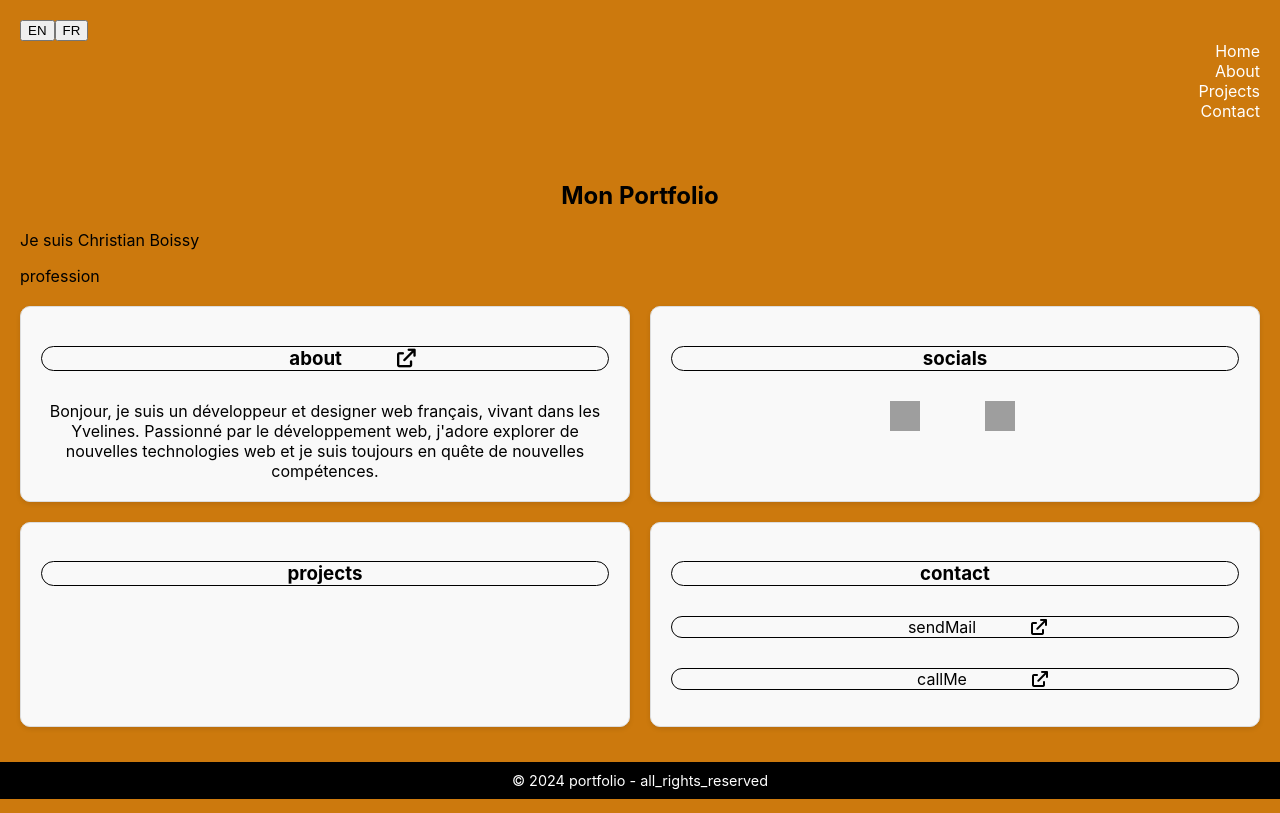
Repository: Christian121966/mon-portfolio
Page: /
An editor plug-in stored every save of this project. The page is shown before and after a run of saves, followed by the edit.
The browser window is 1280 px wide. The pictures show the whole page.
Pictures or frames that could not be fetched are drawn as grey boxes. The project was rebuilt for these pictures with package versions that can differ from the ones it lists, and the page was loaded fresh each time. Also part of the build but not shown: src/pages/AboutPage/AboutPage.scss, src/pages/AboutPage/AboutPage.js, src/pages/ProjectsPage/ProjectsPage.js, src/pages/ContactPage/ContactPage.js. Imported but missing from the stored project, and not drawn on this page: src/i18next.

Above is the page before, as saved 2024-07-24 14:35:19.

### src/index.js
import React from 'react';
import ReactDOM from 'react-dom/client';
import '../src/index.css';
import App from './App';
import '../src/i18next';
import reportWebVitals from './reportWebVitals';

const root = ReactDOM.createRoot(document.getElementById('root'));
root.render(
  <React.StrictMode>
    <App />
  </React.StrictMode>
);

// If you want to start measuring performance in your app, pass a function
// to log results (for example: reportWebVitals(console.log))
// or send to an analytics endpoint. Learn more: https://bit.ly/CRA-vitals
reportWebVitals();

### src/App.js
import React from 'react';
import { BrowserRouter as Router, Route, Routes } from 'react-router-dom';
import HomePage from '../src/pages/HomePage/HomePage';
import AboutPage from '../src/pages/AboutPage/AboutPage';
import ProjectsPage from '../src/pages/ProjectsPage/ProjectsPage';
import ContactPage from './pages/ContactPage/ContactPage';
import Header from '../src/components/Header/Header';
import Footer from '../src/components/Footer/Footer';

function App() {
  return (
    <Router>
      <Header />
      <Routes>
      <Route path="/" element={<HomePage />} />
        <Route path="/about" element={<AboutPage />} />
        <Route path="/projects" element={<ProjectsPage />} />
        <Route path="/contact" element={<ContactPage />} />
      </Routes>
      <Footer />
    </Router>
  );
}

export default App;

### src/pages/HomePage/HomePage.js
// src/pages/HomePage.js
import React, { useState, useEffect } from 'react';
import { useTranslation } from 'react-i18next';
import './HomePage.scss';

const HomePage = () => {
  const [phoneNumberVisible, setPhoneNumberVisible] = useState(false);
  const { t } = useTranslation();

  useEffect(() => {
    if (phoneNumberVisible) {
      const timer = setTimeout(() => {
        setPhoneNumberVisible(false);
      }, 20000);

      return () => clearTimeout(timer);
    }
  }, [phoneNumberVisible]);

  const showPhoneNumber = (event) => {
    event.preventDefault();
    setPhoneNumberVisible(true);
  };

  return (
    <div className="homepage">
      <h2>{t('Mon Portfolio')}</h2>
      <span>{t('Je suis Christian Boissy')}</span>
      <p>{t('profession')}</p>
      <div className="homepage__cards">
        <div className="card">
          <h3>
            {t('about')}
            <a href="/about" className="propos__link">
              <i className="fa-solid fa-arrow-up-right-from-square"></i>
            </a>
          </h3>
          <span className='propos'>
            Bonjour, je suis un développeur et designer web français, vivant dans les Yvelines. Passionné par le développement web, j'adore explorer de nouvelles technologies web et je suis toujours en quête de nouvelles compétences.
          </span>
        </div>
        <div className="card">
          <h3>{t('socials')}</h3>
          <a href="https://github.com/votre-profil" target="_blank" rel="noopener noreferrer">
            <img className='github' width="30" height="30" src="https://img.icons8.com/ios-glyphs/30/github.png" alt="github"/>
          </a>
          <a href="https://www.linkedin.com/in/votre-profil" target="_blank" rel="noopener noreferrer">
            <img className='linkedin' width="30" height="30" src="https://img.icons8.com/ios-glyphs/30/linkedin.png" alt="linkedin"/>
          </a>
        </div>
        <div className="card">
          <h3>{t('projects')}</h3>
        </div>
        <div className="card">
          <h3>{t('contact')}</h3>
          <p className='mail'>
            {t('sendMail')}
            <a href="mailto:boissychristian@gmail.com" className="contact__link">
              <i className="fa-solid fa-arrow-up-right-from-square"></i>
            </a>
          </p>
          <p className='phone'>
            {t('callMe')}
            <button className="contact_phone__link" onClick={showPhoneNumber}>
              <i className="fa-solid fa-arrow-up-right-from-square"></i>
            </button>
          </p>
          {phoneNumberVisible && (
            <p id="phone">
              0669311966
            </p>
          )}
        </div>
      </div>
    </div>
  );
};

export default HomePage;

### src/components/Header/Header.js
// src/components/Header/Header.js
import React from 'react';
import { useTranslation } from 'react-i18next';
import '../Header/Header.scss';

function Header() {
  const { i18n } = useTranslation();

  const changeLanguage = (lng) => {
    if (i18n && typeof i18n.changeLanguage === 'function') {
      i18n.changeLanguage(lng);
    } else {
      console.error('i18n.changeLanguage is not a function');
    }
  };


  return (
    <header className="header">
      <div className="header__language-buttons">
        <button onClick={() => changeLanguage('en')}>EN</button>
        <button onClick={() => changeLanguage('fr')}>FR</button>
      </div>
      <nav className="header__nav">
        <a href="/" className="header__link">Home</a>
        <a href="/about" className="header__link">About</a>
        <a href="/projects" className="header__link">Projects</a>
        <a href="/contact" className="header__link">Contact</a>
      </nav>
    </header>
  );
}

export default Header;

### src/components/Footer/Footer.js
// src/components/Footer/Footer.js
import React from 'react';
import { useTranslation } from 'react-i18next';
import '../../components/Footer/Footer.scss';

function Footer() {
  const { t } = useTranslation();

  return (
    <footer>
      <p className="footer__text">© 2024 {t('portfolio')} - {t('all_rights_reserved')}</p>
    </footer>
  );
}

export default Footer;

### src/pages/HomePage/HomePage.scss
@import '../../styles/abstracts/variables';
@import '../../styles/abstracts/mixins';

// src/pages/HomePage.scss

.homepage {
    padding: 20px;

    h2 {
      text-align: center;
    }

    .homepage__cards {
      display: grid;
      grid-template-columns: 1fr 1fr;
      gap: 20px;
      margin-top: 20px;

      @media (max-width: 768px) {
        grid-template-columns: 1fr;
      }

      .card {
        background-color: #f9f9f9;
        border: 1px solid #ddd;
        border-radius: 10px;
        padding: 20px;
        box-shadow: 0 2px 5px rgba(0, 0, 0, 0.1);
        text-align: center;

        h3 {
          margin-bottom: 30px;
          border: 1px solid #000;
          border-radius: 35px;

          a.propos__link {
            text-decoration: none;
            color: #000;
          }

          .fa-solid.fa-arrow-up-right-from-square {
            position: relative;
            left: 55px;
            cursor: pointer;
        }

        .propos {
            font-size: 0.9rem;
            text-align: justify;
            display: flex;
          }
      }
        .github {
            position: relative;
            left: -35px;
            cursor: pointer;
        }

        .linkedin {
            position: relative;
            left: 30px;
            cursor: pointer;
        }

        .mail {
            border: 1px solid #000;
            border-radius: 35px;
            margin-bottom: 30px;

            .contact__link {
                position: relative;
                left: 45px;
                color: #000;
                cursor: pointer;
            }
        }

        .phone {
            border: 1px solid #000;
            border-radius: 35px;

            .contact_phone__link {
                position: relative;
                left: 55px;
                color: #000;
                cursor: pointer;
            }
        }

        .contact__link, .contact_phone__link {
            margin-left: 10px;
            color: inherit;
            text-decoration: none;
        }

        .contact_phone__link {
            background: none;
            border: none;
            color: inherit;
            font: inherit;
            cursor: pointer;
            display: inline;
            padding: 0;
        }

    }
  }
}

### src/components/Header/Header.scss
// src/styles/components/_header.scss
@import '../../styles/abstracts/variables';
@import '../../styles/abstracts/mixins';

.header {
  //background-color: $primary-color;
  padding: 20px;

  &__nav {
    display: flex;
    flex-direction: column;
    justify-content: end;
    align-items: end;
  }

  &__link {
    color: white;
    text-decoration: none;

    &:hover {
      text-decoration: underline;
    }
  }

  /* src/components/Header/Header.scss */

.header__language-buttons {
  display: flex;
  align-items: center;
}

.control__lang {
  display: flex;
  align-items: center;
  background-color: #007bff;
  color: #ffffff;
  border: none;
  border-radius: 5px;
  padding: 8px 16px;
  cursor: pointer;
  position: relative;
  font-size: 16px;
  outline: none;
}

.control__lang_side {
  margin: 0 8px;
}

.control__lang_switch {
  position: absolute;
  top: 50%;
  left: 50%;
  transform: translate(-50%, -50%);
  background-color: #ffffff;
  border-radius: 50%;
  width: 24px;
  height: 24px;
  transition: transform 0.3s ease;
}

.control__lang[aria-checked="true"] .control__lang_switch {
  transform: translate(calc(-50% + 100%), -50%);
}

.control__lang_switch span {
  display: block;
  width: 100%;
  height: 100%;
}

}

### src/components/Footer/Footer.scss
@import '../../styles/abstracts/variables';
@import '../../styles/abstracts/mixins';

p.footer__text {
    color: white;
    text-align: center;
    padding: 10px;
    background-color: $primary-color;
    @include flex-center;
    font-size: 0.9rem;
}

### src/styles/abstracts/_variables.scss
// src/styles/abstracts/_variables.scss

// Couleurs
$primary-color: #000;
$secondary-color: #2ecc71;
$tertiary-color: #3498db;;
$font-color: #333;
$background-color: #f5f5f5;

// Fonts
$font-stack: 'Helvetica, sans-serif';

// Autres variables
$border-radius: 5px;

### src/styles/abstracts/_mixins.scss
// src/styles/abstracts/_mixins.scss

@mixin flex-center {
    display: flex;
    justify-content: center;
    align-items: center;
  }

  @mixin responsive-font-size($size) {
    font-size: $size;

    @media (max-width: 600px) {
      font-size: $size * 0.8;
    }
  }

Loaded but not shown: public/index.html (common file); src/index.css (common file); src/reportWebVitals.js (common file)

After the next 6 saves:
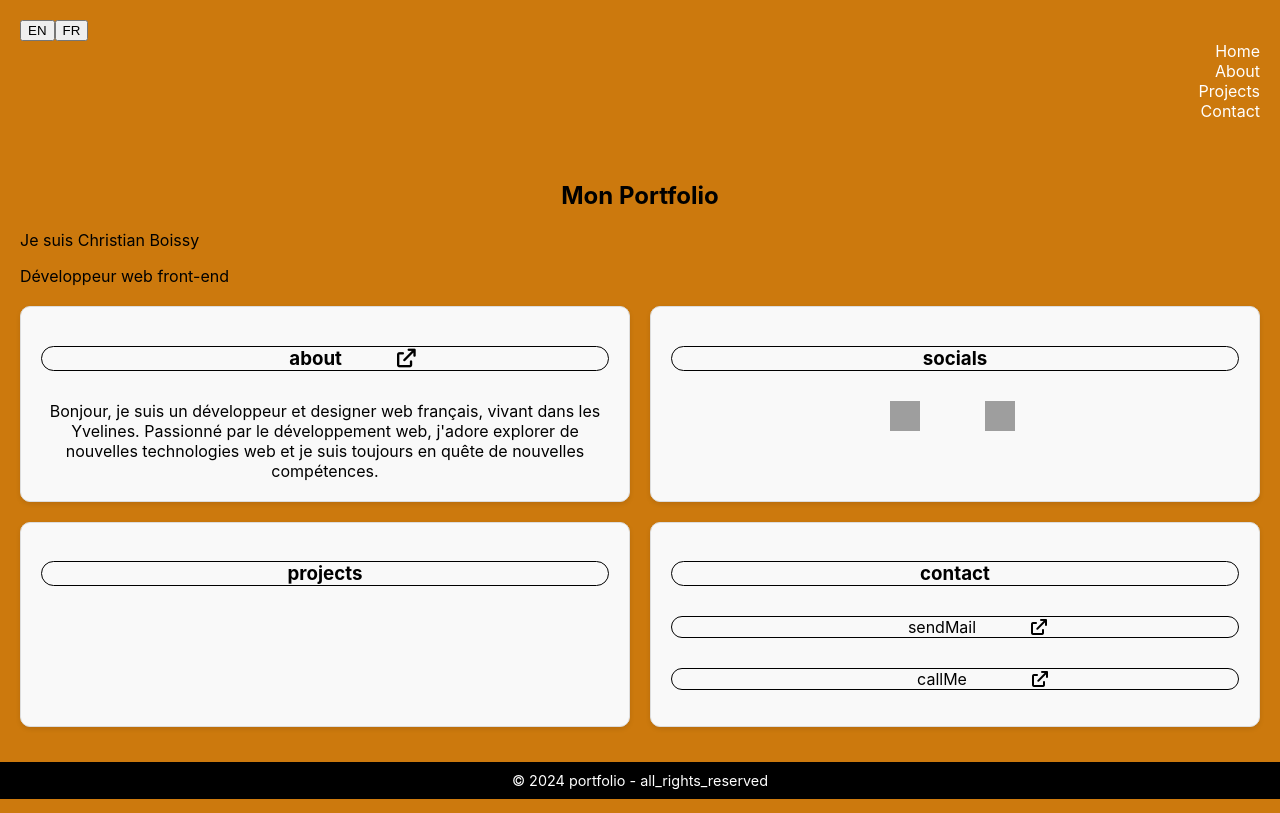
The 6 saves are shown as one change because they came seconds apart.
The last was saved 19 s later.
--- a/src/pages/HomePage/HomePage.js
+++ b/src/pages/HomePage/HomePage.js
@@ -26,7 +26,7 @@ const HomePage = () => {
     <div className="homepage">
       <h2>{t('Mon Portfolio')}</h2>
       <span>{t('Je suis Christian Boissy')}</span>
-      <p>{t('profession')}</p>
+      <p>{t('Développeur web front-end')}</p>
       <div className="homepage__cards">
         <div className="card">
           <h3>
